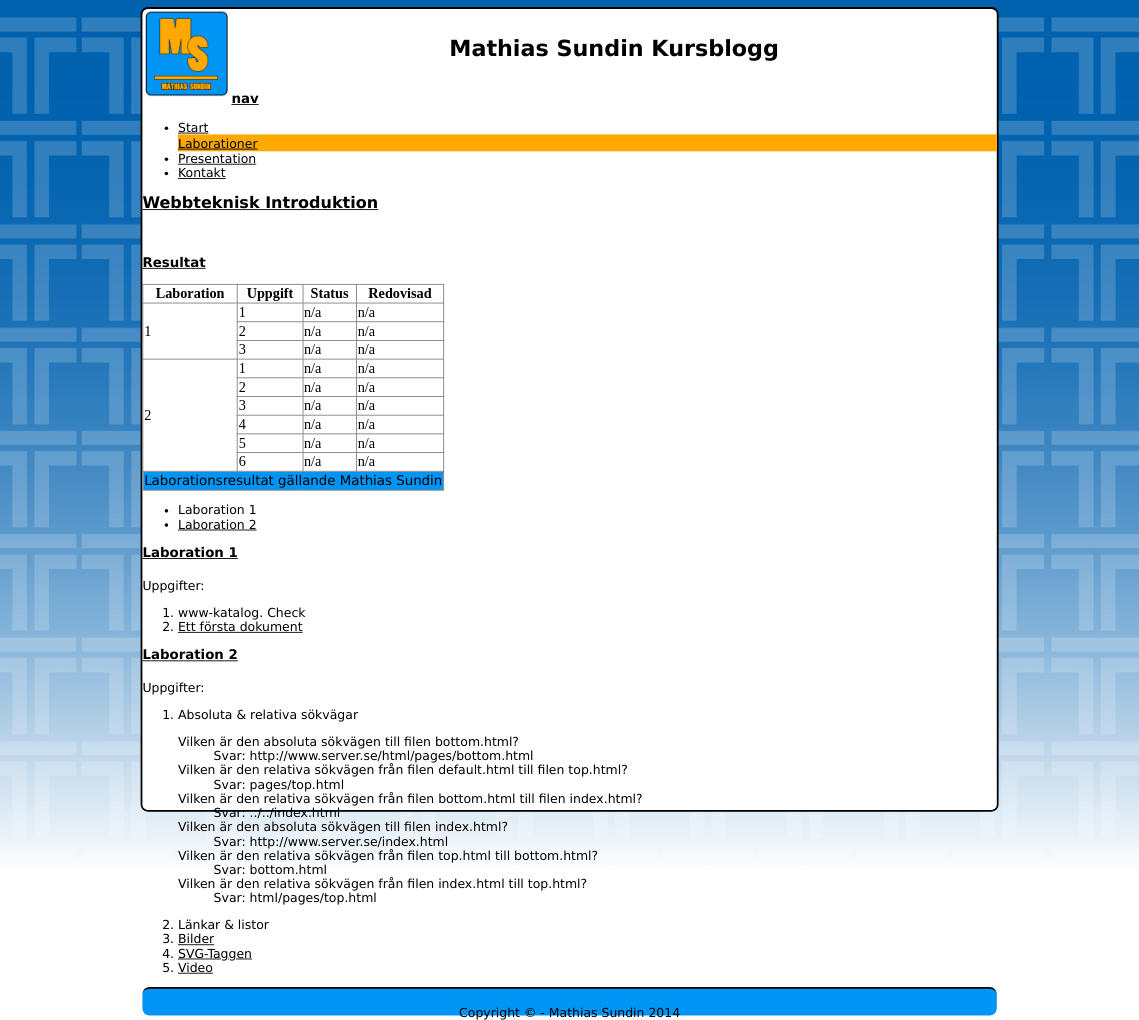
Repository: ms223uh/1ik415-laborationer
Page: www/pages/laborationer.html
The author's editor kept a record of every edit. The page is drawn from the files as they stood at one moment, then again after the next edit.
The browser window is 1280 px wide. The pictures show the whole page, at 89% of full size.

Above is the page before.

After the next edit:
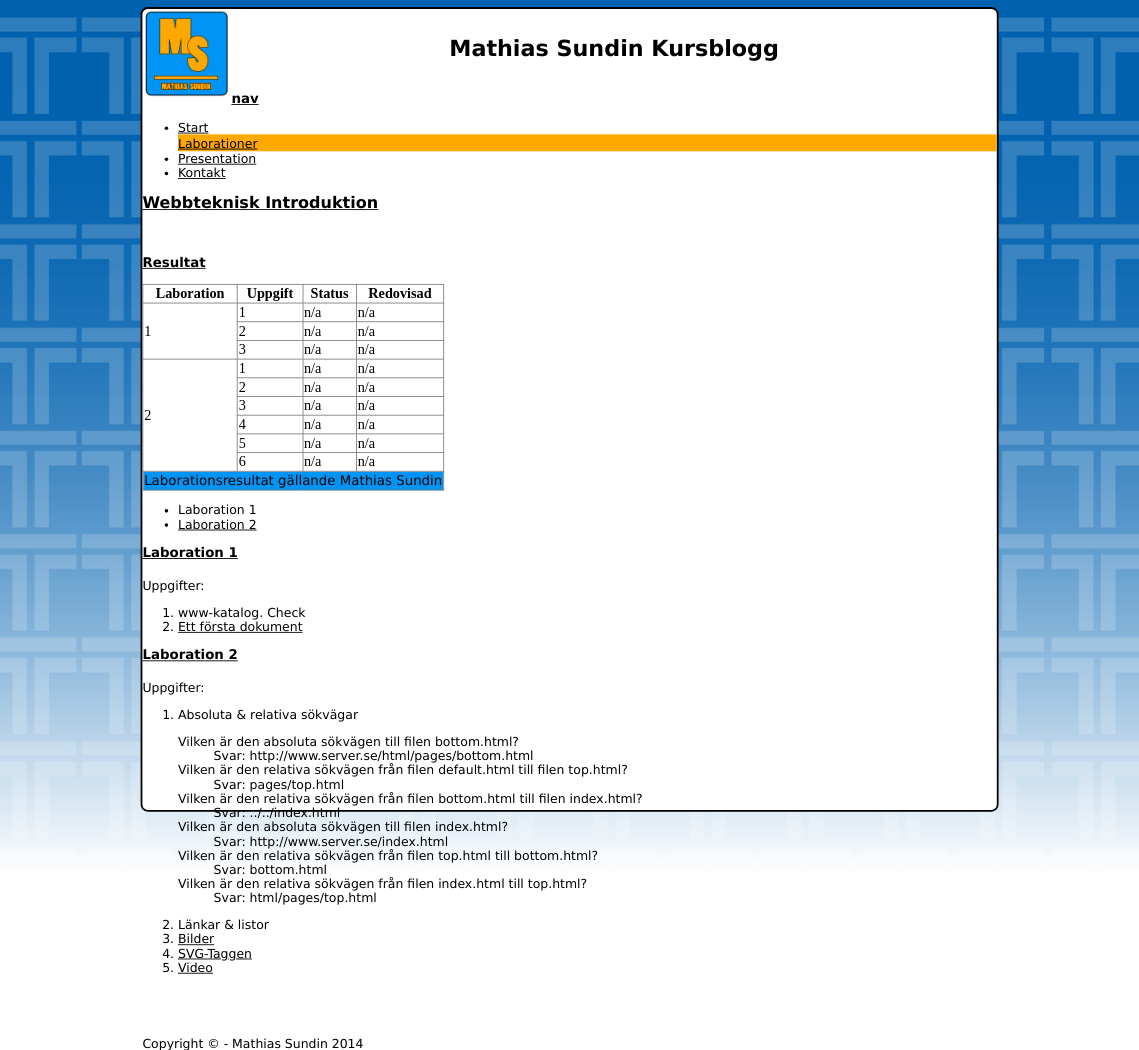
The edit:
--- a/www/pages/laborationer.html
+++ b/www/pages/laborationer.html
@@ -186,7 +186,7 @@
     <br>
     <br>
 
-    <div id="footer">
+    <footer>
 
         <p>Copyright © - Mathias Sundin 2014</p>
 
